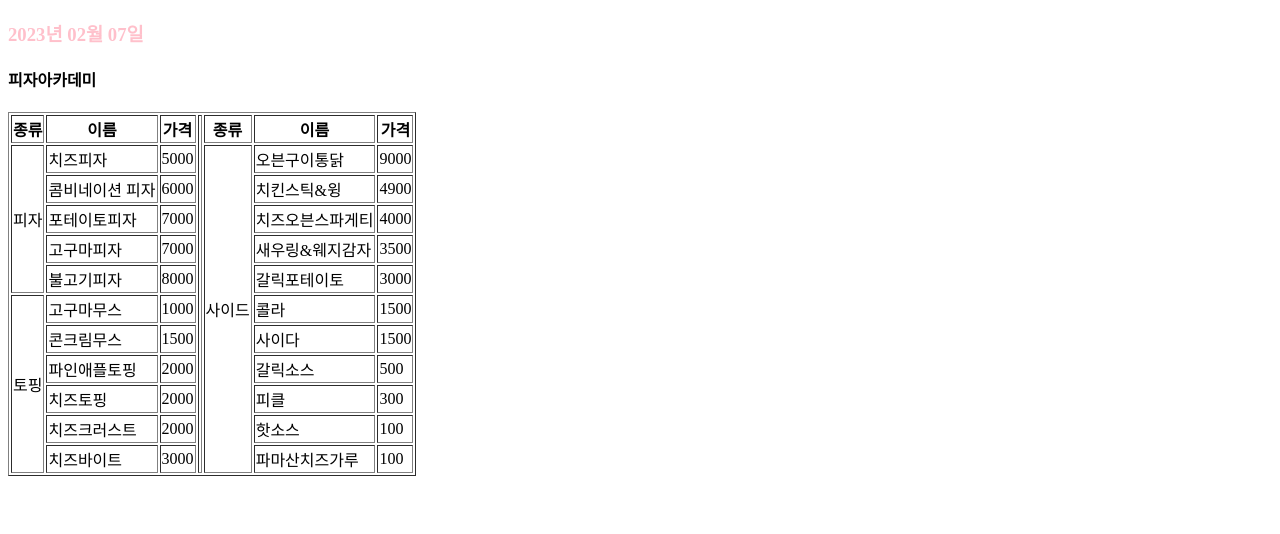
Repository: yejin0220/Web-workspace1
Page: http://localhost/2_JSP/views/04_PizzaOrderForm.jsp
These files come from the project's save history. The page is drawn as it stood at one moment and after the next save; the edit follows.
The browser window is 1280 px wide. The pictures show the whole page.
The page is served by Tomcat 9.

Above is the page before, as saved 2023-02-09 01:06:40.

### 2_JSP/WebContent/views/04_PizzaOrderForm.jsp
<%@ page import="java.util.Date, java.text.SimpleDateFormat" %>
<%@ page language="java" contentType="text/html; charset=UTF-8"
    pageEncoding="UTF-8"%>
<!DOCTYPE html>
<html>
<head>
<meta charset="UTF-8">
<title>피자 주문 페이지</title>
<style>
	h3{color:pink;}
</style>
</head>
<body>

	<%

		Date date = new Date();
		SimpleDateFormat sdf = new SimpleDateFormat("yyyy년 MM월 dd일");
		String today = sdf.format(date);

	%>

	<h3><%= today %></h3>

	<h4>피자아카데미</h4>

	<table border="1">
		<tr>
			<th>종류</th>
			<th>이름</th>
			<th>가격</th>
			<th rowspan="12"></th>
			<th>종류</th>
			<th>이름</th>
			<th>가격</th>
		</tr>
		<tr>
			<td rowspan="5">피자</td>
			<td>치즈피자</td>
			<td>5000</td>
			<td rowspan="11">사이드</td>
			<td>오븐구이통닭</td>
			<td>9000</td>
		</tr>
		<tr>
			<td>콤비네이션 피자</td>
			<td>6000</td>
			<td>치킨스틱&윙</td>
			<td>4900</td>

		</tr>
		<tr>
			<td>포테이토피자</td>
			<td>7000</td>
			<td>치즈오븐스파게티</td>
			<td>4000</td>
		</tr>
		<tr>
			<td>고구마피자</td>
			<td>7000</td>
			<td>새우링&웨지감자</td>
			<td>3500</td>
		</tr>
		<tr>
			<td>불고기피자</td>
			<td>8000</td>
			<td>갈릭포테이토</td>
			<td>3000</td>
		</tr>
		<tr>
			<td rowspan="6">토핑</td>
			<td>고구마무스</td>
			<td>1000</td>
			<td>콜라</td>
			<td>1500</td>
		</tr>
		<tr>
			<td>콘크림무스</td>
			<td>1500</td>
			<td>사이다</td>
			<td>1500</td>
		</tr>
		<tr>
			<td>파인애플토핑</td>
			<td>2000</td>
			<td>갈릭소스</td>
			<td>500</td>
		</tr>
		<tr>
			<td>치즈토핑</td>
			<td>2000</td>
			<td>피클</td>
			<td>300</td>
		</tr>
		<tr>
			<td>치즈크러스트</td>
			<td>2000</td>
			<td>핫소스</td>
			<td>100</td>
		</tr>
		<tr>
			<td>치즈바이트</td>
			<td>3000</td>
			<td>파마산치즈가루</td>
			<td>100</td>
		</tr>







	</table>








</body>
</html>

After the next save:
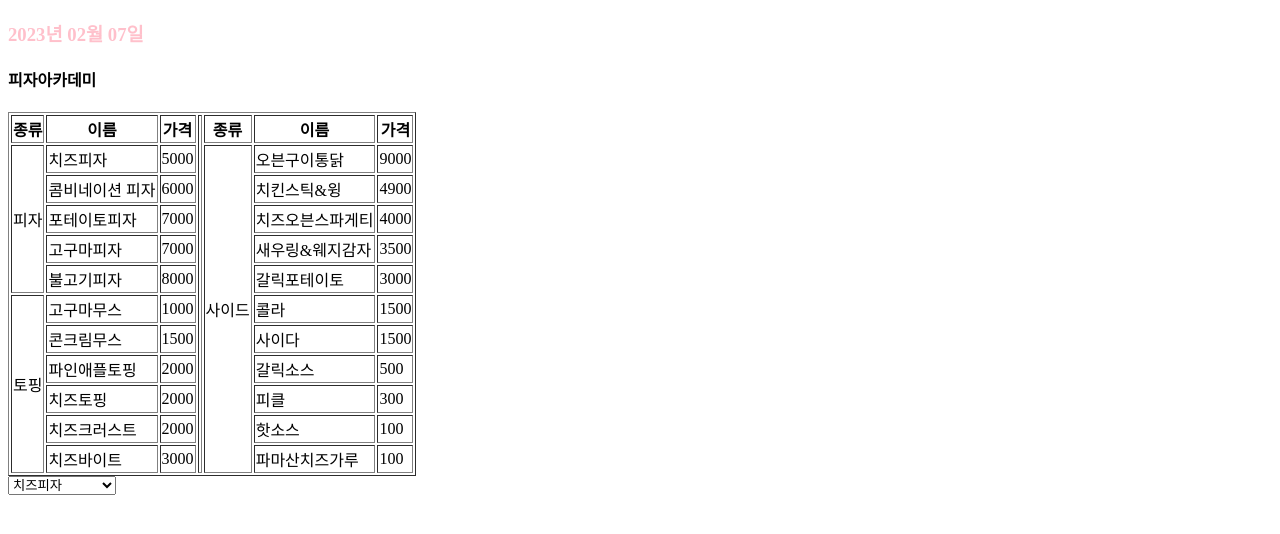
Saved 70 s later.
--- a/2_JSP/WebContent/views/04_PizzaOrderForm.jsp
+++ b/2_JSP/WebContent/views/04_PizzaOrderForm.jsp
@@ -105,13 +105,15 @@
 			<td>100</td>
 		</tr>
 
+	</table>
 
-
-
-
-
-
-	</table>
+	<select name="pizzaname">
+		<option>치즈피자</option>
+		<option>콤비네이션피자</option>
+		<option>포테이토피자</option>
+		<option>고구마피자</option>
+		<option>불고기피자</option>
+	</select>
 
 
 
